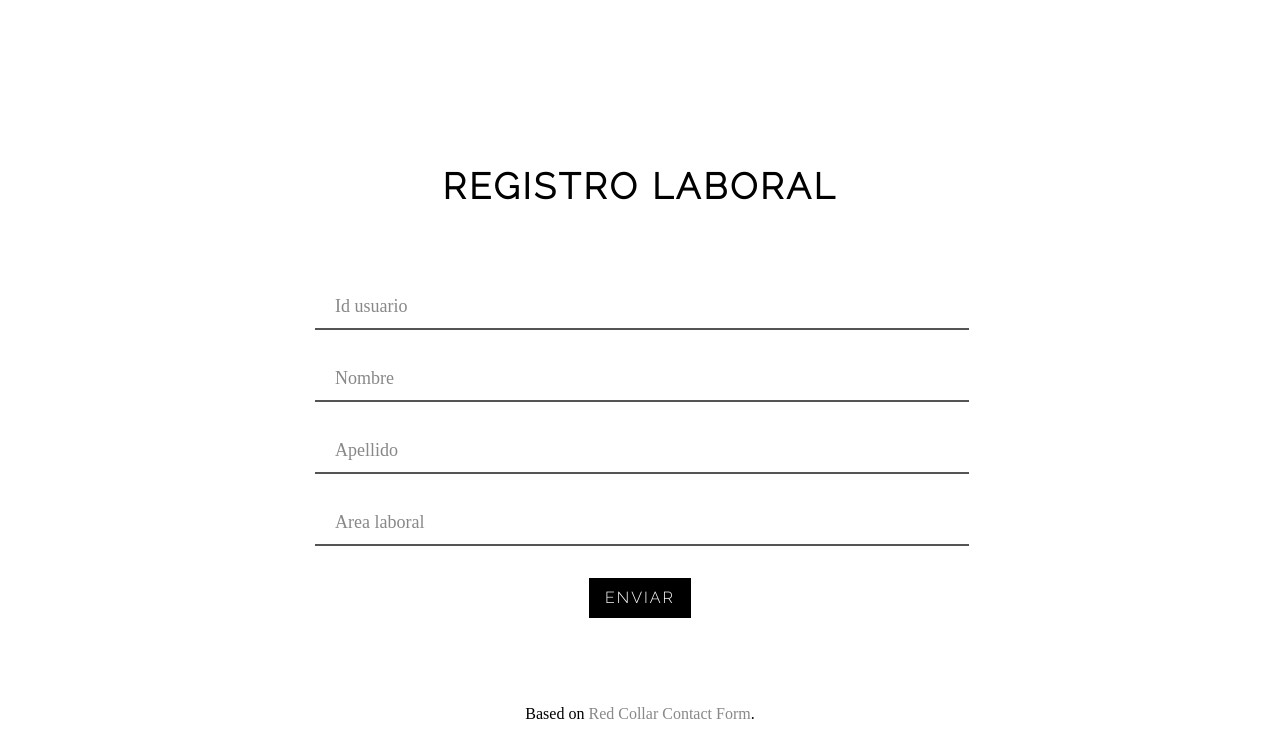
Repository: Alejandr0Aceved0/AWS_SERVICES_AND_INSTANCES
Page: register.html
An editor plug-in stored every save of this project. The page is shown before and after the next save, followed by the edit.
The browser window is 1280 px wide. The pictures show the whole page.
Some web fonts or font styles are not loaded; a fallback is used.

Above is the page before, as saved 2024-10-17 16:24:12.

### register.html
<!DOCTYPE html>
<html>

<head>
    <meta charset='utf-8'>
    <meta http-equiv='X-UA-Compatible' content='IE=edge'>
    <title>Register Page</title>
    <meta name='viewport' content='width=device-width, initial-scale=1'>
    <link rel='stylesheet' type='text/css' media='screen' href='styles/appRegister.css'>
    <script src='appRegister.js'></script>
</head>

<body>

    <section class="get-in-touch">
        <h1 class="title">Registro Laboral</h1>
        <form class="contact-form ">
           <div class="form-field col x-50">
              <input id="name" class="input-text js-input" type="text" required>
              <label class="label" for="name">Id usuario</label>
           </div>
           <div class="form-field col x-50">
              <input id="email" class="input-text js-input" type="email" required>
              <label class="label" for="email">Nombre</label>
           </div>
           <div class="form-field col x-100">
              <input id="message" class="input-text js-input" type="text" required>
              <label class="label" for="message">Apellido</label>
           </div>

           <div class="form-field col x-100">
            <input id="message" class="input-text js-input" type="text" required>
            <label class="label" for="message">Area laboral</label>
           </div>

           <div class="form-field col x-100 align-center">
              <input class="submit-btn" type="submit" value="Enviar">
           </div>
        </form>
     </section>
     <p class="note">Based on <a class="link" href="http://redcollar.digital/contacts/" target="blank">Red Collar Contact Form</a>.</p>


    <!-- <div class="form-field col x-50">
        <input id="name" class="input-text js-input" type="text" required>
        <label class="label" for="name">Name</label>
     </div>

    <p>
    <h1>Registro de usuario</h1>

    <input type="text" placeholder="Id usuario" class="form-input-text__FormInput-sc-xxedi2-0 form-input-text___StyledFormInput-sc-xxedi2-1 dzARff ldZduL">
    <br>

    <input type="text" placeholder="Nombre" class="form-input-text__FormInput-sc-xxedi2-0 form-input-text___StyledFormInput-sc-xxedi2-1 dzARff ldZduL">
    <br>

    <input type="text" placeholder="Apellido" class="form-input-text__FormInput-sc-xxedi2-0 form-input-text___StyledFormInput-sc-xxedi2-1 dzARff ldZduL">
    <br>

    <input type="text" placeholder="Area laboral" class="form-input-text__FormInput-sc-xxedi2-0 form-input-text___StyledFormInput-sc-xxedi2-1 dzARff ldZduL">
    <br>
    <br>

    <input type="text" placeholder="Click Me!" class="form-input-text__FormInput-sc-xxedi2-0 form-input-text___StyledFormInput-sc-xxedi2-1 dzARff ldZduL">
    <br>

    <button class="button-30" role="button">Registrar</button> -->
</body>

</html>

### styles/appRegister.css
@import url(https://fonts.googleapis.com/css?family=Raleway:300);
@import url(https://fonts.googleapis.com/css?family=Lusitana:400,700);

@mixin clearfix {
    &:after {
        content: "";
        display: table;
        clear: both;
    }
}

.align-center {
    text-align: center;
}


html {
    height: 100%;
}

body {
    height: 100%;
    position: relative;
}

.row {
    @include clearfix;
    margin: -20px 0;

    .col {
        padding: 0 20px;
        float: left;
        box-sizing: border-box;

        &.x-50 {
            width: 50%;
        }

        &.x-100 {
            width: 100%;
        }
    }
}

.content-wrapper {
    min-height: 100%;
    position: relative;
}

.get-in-touch {
    max-width: 650px;
    margin: 0 auto;
    position: relative;
    top: 50%;
    transform: translateY(-50%);

    .title {
        text-align: center;
        font-family: Raleway, sans-serif;
        text-transform: uppercase;
        letter-spacing: 3px;
        font-size: 36px;
        line-height: 48px;
        padding-bottom: 48px;
    }
}

.contact-form {
    .form-field {
        position: relative;
        margin: 32px 0;
    }

    .input-text {
        display: block;
        width: 100%;
        height: 36px;
        border-width: 0 0 2px 0;
        border-color: #000;
        font-family: Lusitana, serif;
        font-size: 18px;
        line-height: 26px;
        font-weight: 400;

        &:focus {
            outline: none;
        }

        &:focus,
        &.not-empty {
            +.label {
                transform: translateY(-24px);
            }
        }
    }

    .label {
        position: absolute;
        left: 20px;
        bottom: 11px;
        font-family: Lusitana, serif;
        font-size: 18px;
        line-height: 26px;
        font-weight: 400;
        color: #888;
        cursor: text;
        transition: transform .2s ease-in-out;
    }

    .submit-btn {
        display: inline-block;
        background-color: #000;
        color: #fff;
        font-family: Raleway, sans-serif;
        text-transform: uppercase;
        letter-spacing: 2px;
        font-size: 16px;
        line-height: 24px;
        padding: 8px 16px;
        border: none;
        cursor: pointer;
    }
}

.note {
    position: absolute;
    left: 0;
    bottom: 10px;
    width: 100%;
    text-align: center;
    font-family: Lusitana, serif;
    font-size: 16px;
    line-height: 21px;

    .link {
        color: #888;
        text-decoration: none;

        &:hover {
            text-decoration: underline;
        }
    }
}


.button-30 {
    align-items: center;
    appearance: none;
    background-color: #FCFCFD;
    border-radius: 4px;
    border-width: 0;
    box-shadow: rgba(45, 35, 66, 0.4) 0 2px 4px, rgba(45, 35, 66, 0.3) 0 7px 13px -3px, #D6D6E7 0 -3px 0 inset;
    box-sizing: border-box;
    color: #36395A;
    cursor: pointer;
    display: inline-flex;
    font-family: "JetBrains Mono", monospace;
    height: 48px;
    justify-content: center;
    line-height: 1;
    list-style: none;
    overflow: hidden;
    padding-left: 16px;
    padding-right: 16px;
    position: relative;
    text-align: left;
    text-decoration: none;
    transition: box-shadow .15s, transform .15s;
    user-select: none;
    -webkit-user-select: none;
    touch-action: manipulation;
    white-space: nowrap;
    will-change: box-shadow, transform;
    font-size: 18px;
}

.button-30:focus {
    box-shadow: #D6D6E7 0 0 0 1.5px inset, rgba(45, 35, 66, 0.4) 0 2px 4px, rgba(45, 35, 66, 0.3) 0 7px 13px -3px, #D6D6E7 0 -3px 0 inset;
}

.button-30:hover {
    box-shadow: rgba(45, 35, 66, 0.4) 0 4px 8px, rgba(45, 35, 66, 0.3) 0 7px 13px -3px, #D6D6E7 0 -3px 0 inset;
    transform: translateY(-2px);
}

.button-30:active {
    box-shadow: #D6D6E7 0 3px 7px inset;
    transform: translateY(2px);
}

Loaded but not shown: appRegister.js (no copy from this time; the picture is the same without it)

After the next save:
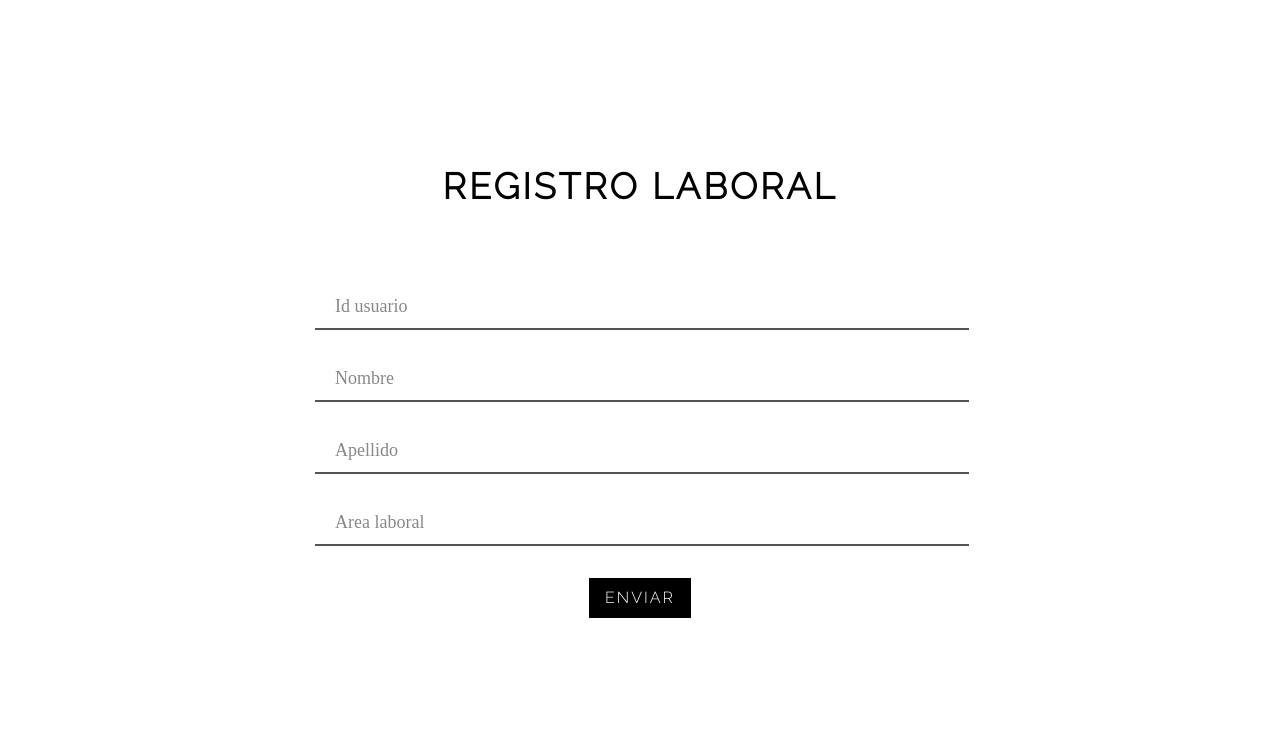
Saved 16 s later.
--- a/register.html
+++ b/register.html
@@ -38,7 +38,7 @@
            </div>
         </form>
      </section>
-     <p class="note">Based on <a class="link" href="http://redcollar.digital/contacts/" target="blank">Red Collar Contact Form</a>.</p>
+
 
 
     <!-- <div class="form-field col x-50">
